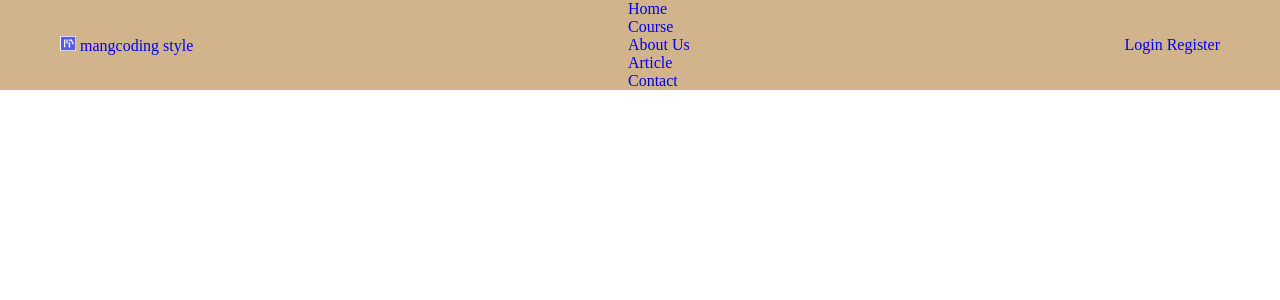
Repository: Dania-Alqam/landing-page
Page: index.html
These files come from the project's save history. The page is drawn as it stood at one moment and after the next save; the edit follows.
The browser window is 1280 px wide. The pictures show the whole page.

Above is the page before, as saved 2024-06-21 19:18:06.

After the next save:
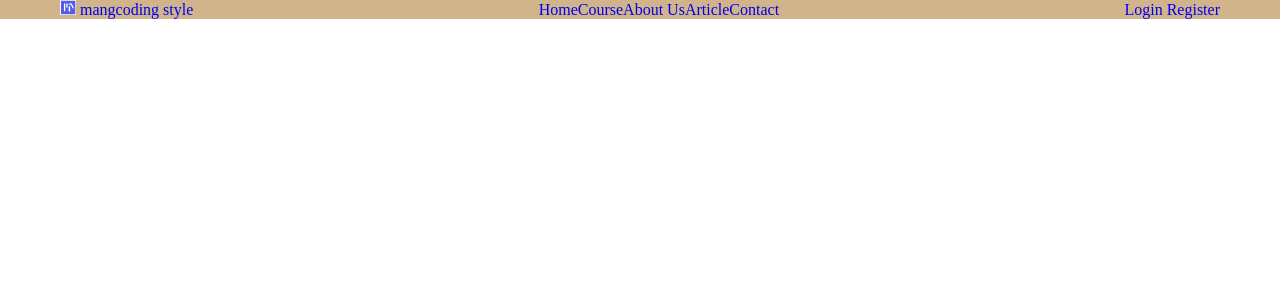
Saved 8 s later.
--- a/assests/css/main.css
+++ b/assests/css/main.css
@@ -28,5 +28,5 @@ ul{
 }
 
 .nav ul{
-    display: block;
+    display: flex;
 }
